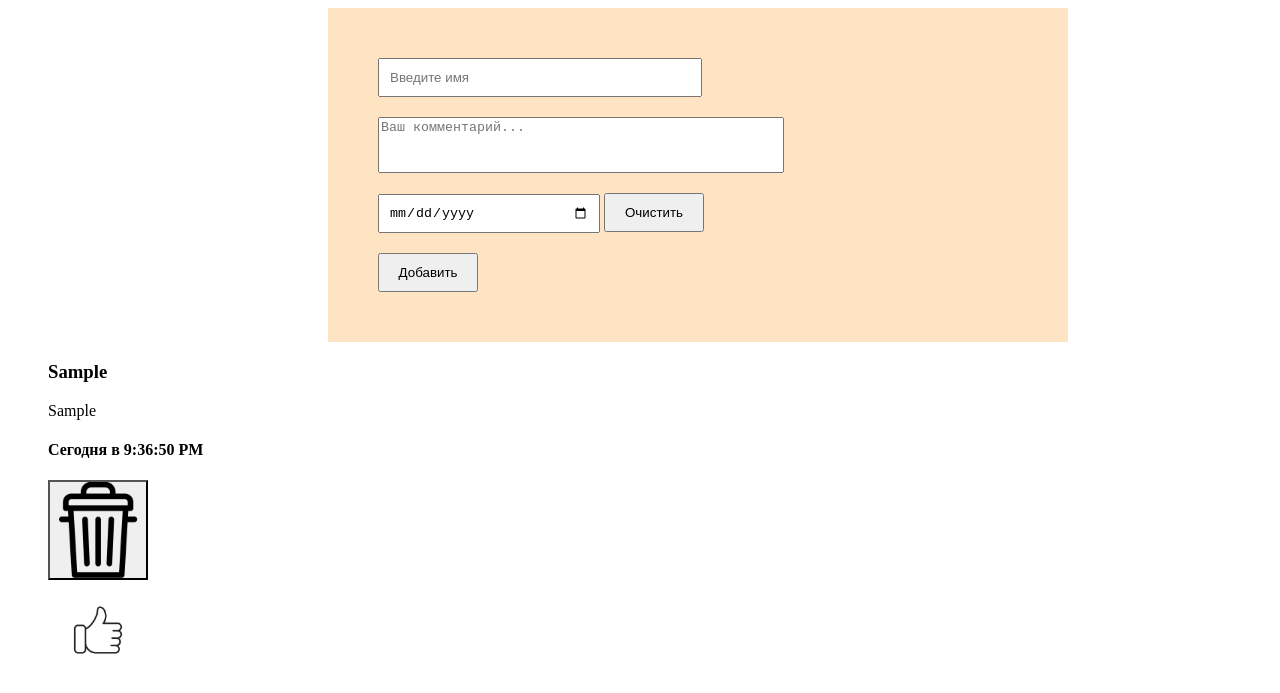
Repository: Grid-Master/commentList
Page: index.html
An editor plug-in stored every save of this project. The page is shown before and after the next save, followed by the edit.
The browser window is 1280 px wide. The pictures show the whole page.
Empty fields were first filled with sample values (such as "Sample", 5 or name@example.com).
After loading, the first visible `form` was submitted once.

Above is the page before, as saved 2023-03-12 23:52:35.

After the next save:
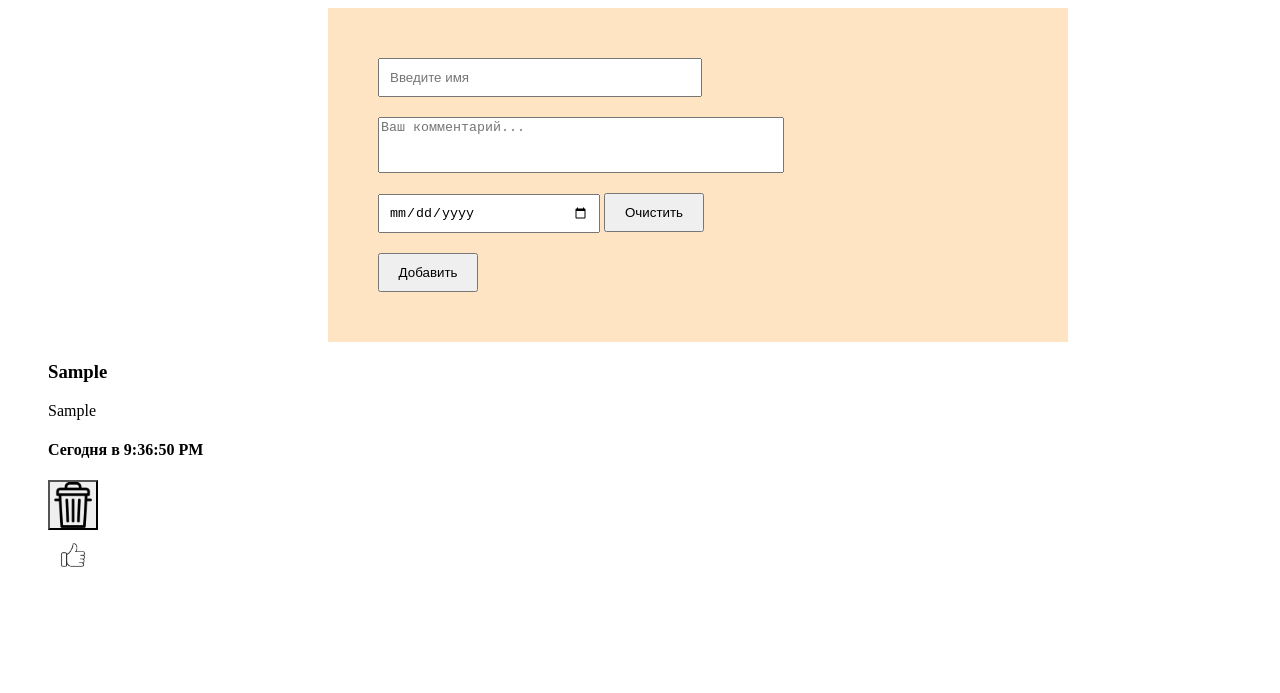
Saved 8 h 57 min later.
--- a/script.js
+++ b/script.js
@@ -40,11 +40,11 @@ function addComment() {
 
   nameEl.innerHTML = name;
   commentEl.innerHTML = comment;
-  deleteEl.style.width = '100px';
-  deleteEl.style.height = '100px';
+  deleteEl.style.width = '50px';
+  deleteEl.style.height = '50px';
   deleteEl.className = 'delete';
-  likeEl.style.width = '100px';
-  likeEl.style.height = '100px';
+  likeEl.style.width = '50px';
+  likeEl.style.height = '50px';
   likeEl.className = 'unliked';
 
   deleteEl.addEventListener('click', () => {
